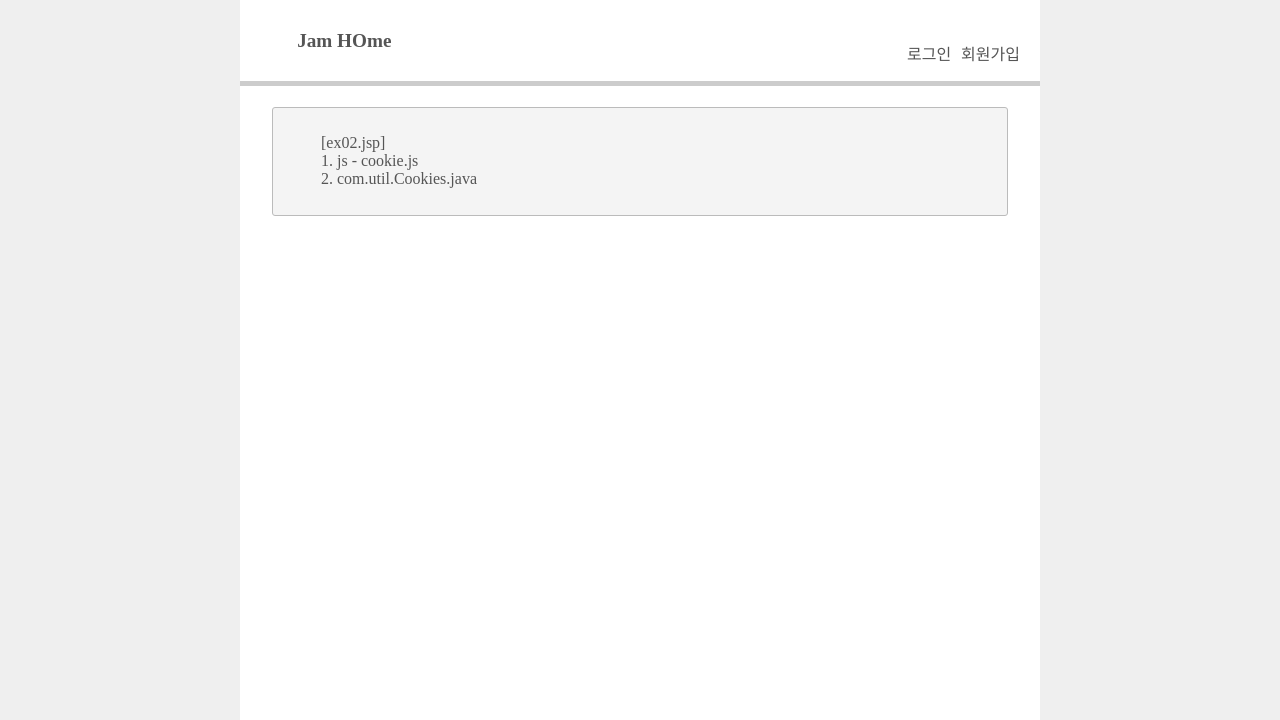
Repository: woals5636/JSPClass
Page: http://localhost/jspPro/days07/ex02.jsp
The author's editor kept a copy of each file at every save. The page is drawn from the files as they stood at one save, then again after the next save.
The browser window is 1280 px wide. The pictures show the whole page.
Some web fonts or font styles are not loaded; a fallback is used. The page is served by Tomcat 9.

Above is the page before, as saved 2024-10-23 02:19:08.

After the next save:
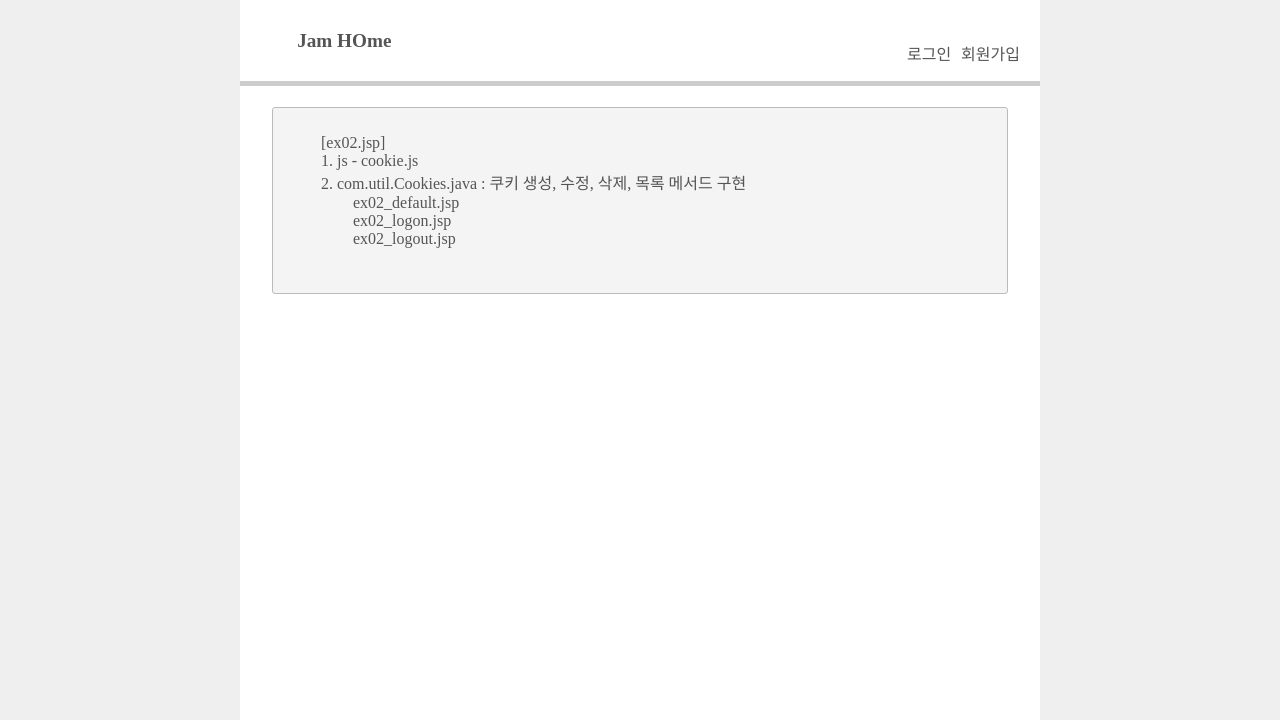
Saved 61 s later.
--- a/jspPro/src/main/webapp/days07/ex02.jsp
+++ b/jspPro/src/main/webapp/days07/ex02.jsp
@@ -30,7 +30,11 @@
   <xmp class="code">
   	[ex02.jsp]
   	1. js - cookie.js
-  	2. com.util.Cookies.java
+  	2. com.util.Cookies.java : 쿠키 생성, 수정, 삭제, 목록 메서드 구현
+  		ex02_default.jsp
+  		ex02_logon.jsp
+  		ex02_logout.jsp
+
   </xmp>
 </div>
 </body>
